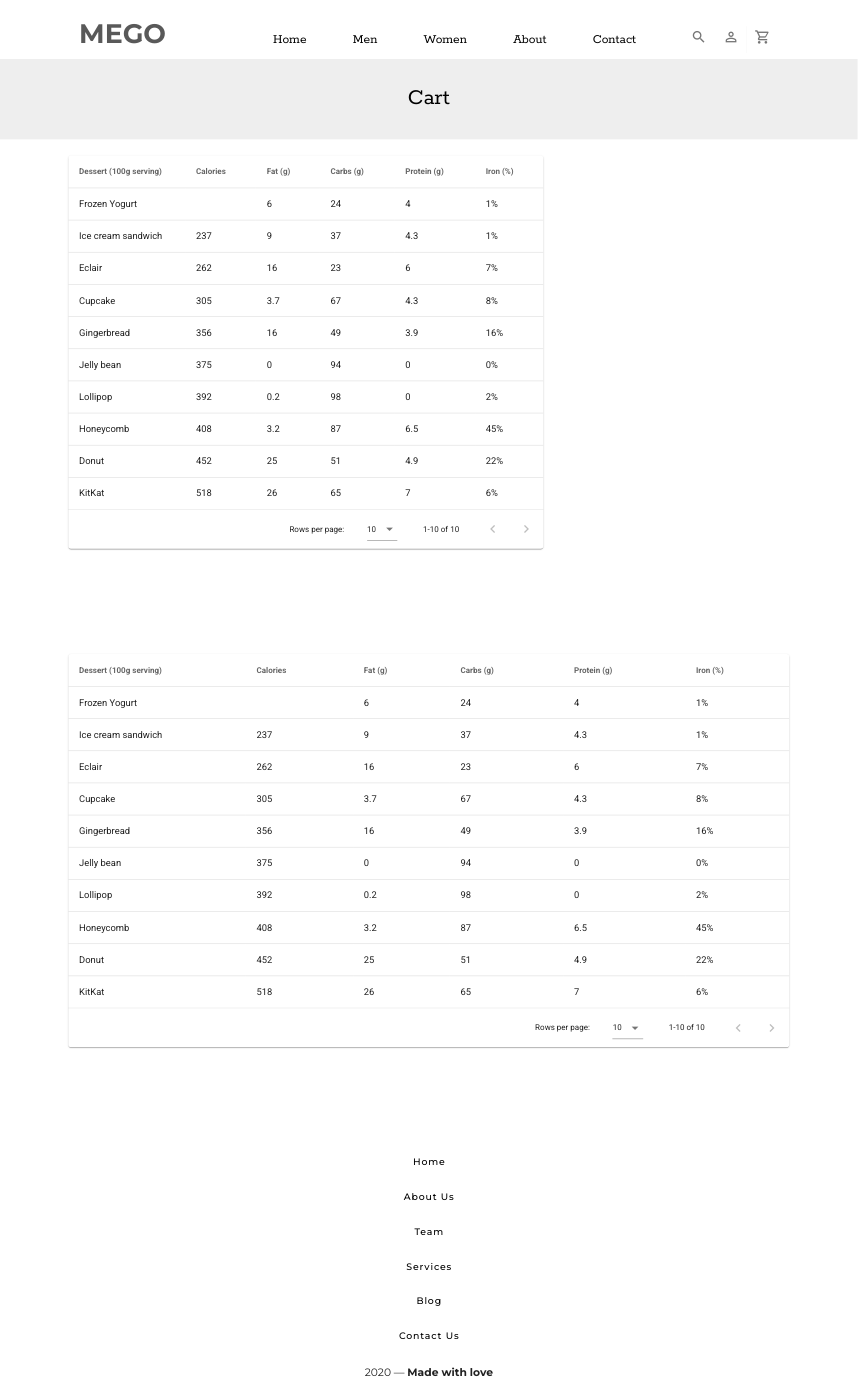
Repository: nguyenphuong152/shoesstore
Page: /cart (app in frontend/)
The author's editor kept a copy of each file at every save. The page is drawn from the files as they stood at one save, then again after the next save.
The browser window is 1280 px wide. The pictures show the whole page, at 67% of full size.
Pictures or frames that could not be fetched are drawn as grey boxes. The project was rebuilt for these pictures with package versions that can differ from the ones it lists, and the page was loaded fresh each time. Also part of the build but not shown: frontend/vue.config.js, frontend/src/components/Customer/Collection.vue, frontend/src/components/Customer/Banner.vue, frontend/src/components/Customer/BestSeller.vue, frontend/src/components/Customer/Partner.vue, frontend/src/views/Customer/Home.vue, frontend/src/components/Customer/ProductCategory.vue, frontend/src/components/Customer/ProductView.vue and 10 more. Imported but missing from the stored project, and not drawn on this page: frontend/src/views/Admin/Category.vue, frontend/src/views/Admin/ManageProduct.vue, frontend/src/views/Admin/ManageUser.vue, frontend/src/views/Admin/OrderList.vue.

Above is the page before, as saved 2020-11-26 17:19:43.

After the next save:
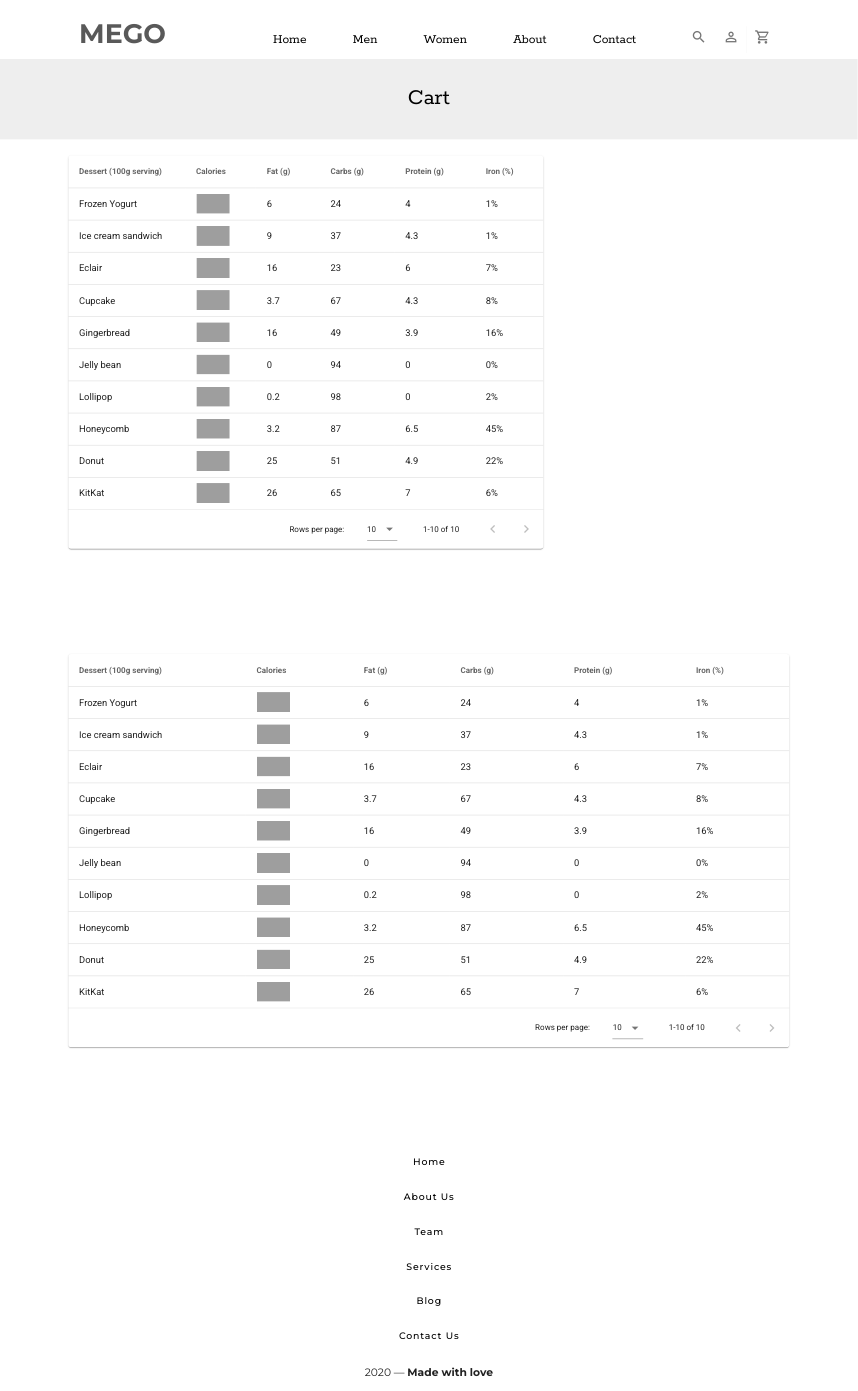
Saved 9 s later.
--- a/frontend/src/components/Customer/Tets.vue
+++ b/frontend/src/components/Customer/Tets.vue
@@ -2,7 +2,7 @@
   <div id="app">
     <v-app id="inspire">
       <v-data-table :headers="headers" :items="desserts" class="elevation-1">
-        <template slot:item.calories="{ item }">
+        <template v-slot:item.calories="{ item }">
           <v-img
             lazy-src="https://picsum.photos/id/11/10/6"
             max-height="50"
